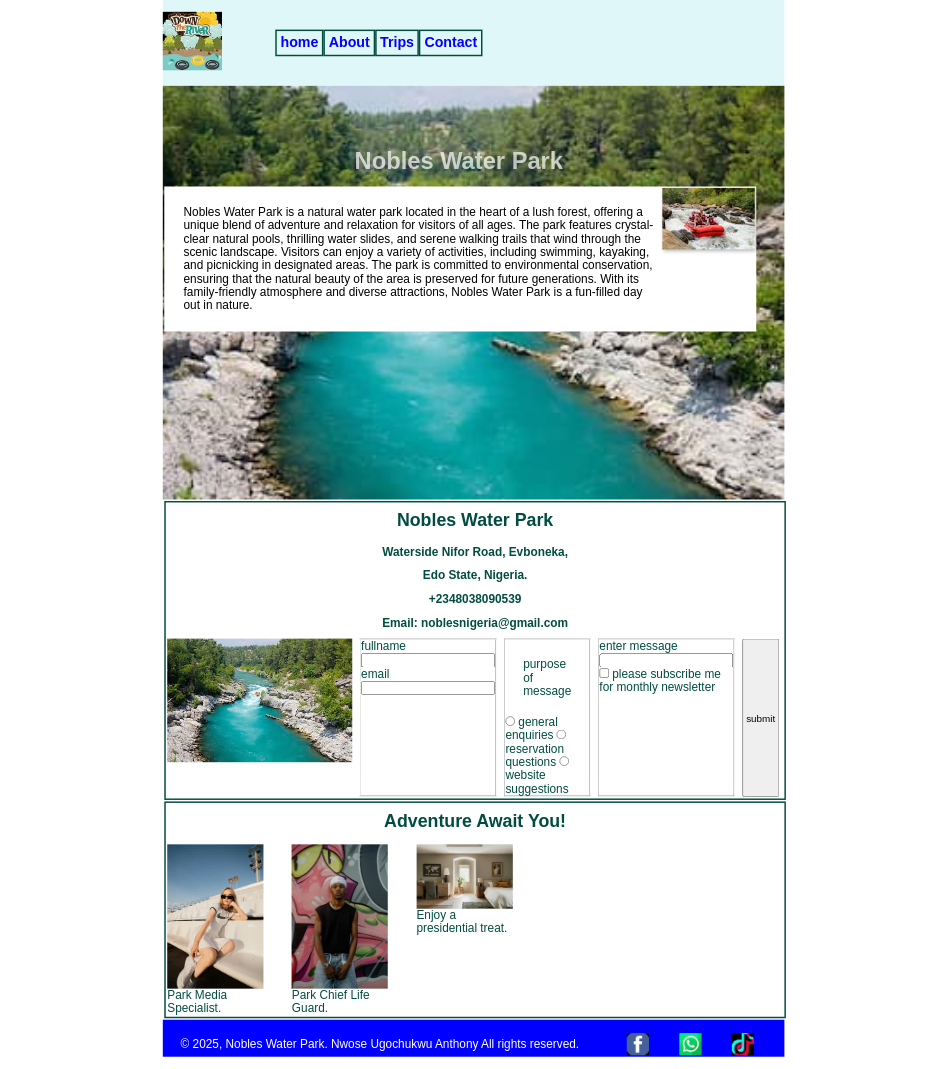
Repository: NoblesNigeria/wdd130
Page: wwr/contact.html
An editor plug-in stored every save of this project. The page is shown before and after the next save, followed by the edit.
The browser window is 1280 px wide. The pictures show the whole page, at 74% of full size.

Above is the page before, as saved 2025-09-24 16:58:24.

### wwr/contact.html
<!DOCTYPE html>
<html lang="en">

<head>
    <meta charset="UTF-8">
    <meta name="viewport" content="width=device-width, initial-scale=1.0">
    <title>Nobles Water Park</title>
    <meta name="description" content=" Nobles natural water park, a place for friends and family fun. ">
    <meta name="author" content="Nwose Ugochukwu Anthony">
    <link rel="stylesheet" href="styles/rafting.css">
</head>

<main>
    <header>
        <img src="images/mylogo.jpg" alt="Nobles Water Park Logo">
        <nav>
            <a href="#">home</a>
            <a href="#">About</a>
            <a href="#">Trips</a>
            <a href="#">Contact</a>
        </nav>
    </header>
    <div class="hero">
        <img src="images/myhero.jpg" alt="Nobles Water Park">
        <h1>Nobles Water Park</h1>
        <article>
            <img src="images/mycaption.jpg" alt="We are very happy to staffs here.">
            <p>Nobles Water Park is a natural water park located in the heart of a lush forest, offering a unique
                blend of adventure and relaxation for visitors of all ages. The park features crystal-clear natural
                pools, thrilling water slides, and serene walking trails that wind through the scenic landscape.
                Visitors can enjoy a variety of activities, including swimming, kayaking, and picnicking in
                designated areas. The park is committed to environmental conservation, ensuring that the natural
                beauty of the area is preserved for future generations. With its family-friendly atmosphere and
                diverse attractions, Nobles Water Park is a fun-filled day out in nature.
            </p>

        </article>
    </div>
    <aside>
        <h2>Nobles Water Park</h2>
        <h3>Waterside Nifor Road, Evboneka,</h3>
        <h3>Edo State, Nigeria.</h3>
        <h3>+2348038090539</h3>
        <h3>Email: noblesnigeria@gmail.com</h3>
        <img src="images/myhero.jpg" alt="Nobles Water Park">
        <fieldset container1>
            <label for="name">fullname</label>
            <input type="text" id="fullname" name="fullname">
            <label for="email">email</label>
            <input type="text" id="email" name="email">
        </fieldset>
        <fieldset container2>
            <p>purpose of message</p>
            <input type="radio" id="general enquiries" name="general enquiries">
            <label for="name">general enquiries</label>
            <input type="radio" id="reservation questions" name="reservation questions">
            <label for="name">reservation questions</label>
            <input type="radio" id="website suggestions" name="website suggestions">
            <label for="name">website suggestions</label>
        </fieldset>
        <fieldset container3>
            <label for="name">enter message</label>
            <input type="textarea" id="enter message" name="enter message">
            <input type="checkbox" id="please subscribe me for monthly newsletter"
                name="please subscribe me for monthly newsletter">
            <label for="name">please subscribe me for monthly newsletter</label>
        </fieldset>
        <button type="submit">submit</button>
    </aside>
    <section>
        <h2>Adventure Await You!</h2>

        <figure>
            <img src="images/aganufa-ashionye.jpg" alt="Nobles Water Park">
            <figcaption>Park Media Specialist.</figcaption>
        </figure>
        <figure>
            <img src="images/enudi-chukwuka.jpg" alt="Nobles Water Park">
            <figcaption>Park Chief Life Guard.</figcaption>
        </figure>
        <figure>
            <img src="images/nobles-park-lodge.jpg" alt="Nobles Water Park">
            <figcaption>Enjoy a presidential treat.</figcaption>
        </figure>
    </section>
</main>

<footer>
    <p>&copy; 2025, Nobles Water Park. Nwose Ugochukwu Anthony All rights reserved.</p>
    <a href="https://www.facebook.com">
        <img src="images/facebookicon.jpg" alt="Facebook">
    </a>
    <a href="https://www.whatsapp.com">
        <img src="images/whatsappicon.jpg" alt="whatsapp">
    </a>
    <a href="https://www.tiktok.com">
        <img src="images/tik-tokicon.jpg" alt="tiktok">
    </a>
</footer>
</body>

</html>

### wwr/styles/rafting.css
:root{
    --primary-color: #e0f7fa;
    --secondary-color: #004d40;
    --accent-color: #00796b;
    --font-family: 'Arial', sans-serif;
    --header-font-size: 2.5em;
    --body-font-size: 1em;
}
header{
    display: grid;
    background-color: var(--primary-color);
    grid-template-columns: repeat(5, 1fr);
    color: var(--secondary-color);
    padding: 1em 0;
    font-family: var(--font-family);
}
*{
    box-sizing: border-box;
    margin: 0;
    padding: 0;
}
header nav {
    background-color: none;
    display:flex;
    justify-content: center;
    align-items: center;
}
header nav a {
    color: blue;
    display: block;
    text-decoration: none;
    font-weight: bold;
    font-size: 1.2rem;
    padding: 5px;
    align-items: center;
    justify-content: center;
    border: 2px solid var(--secondary-color);
}

header img{
    width: 80px;
    height: auto;
    display: block;
}
body{
    font-family: var(--font-family);
    color: var(--secondary-color);
}
header, main, footer{
    margin: 0 auto;
    width: 840px;
}
h1, h2{
    font-family: var(--font-family);
    color: var(--secondary-color);
}
nav, p, section,article {
    margin: 16px;
    padding: 8px;
}
section, aside{
    display:grid;
    grid-template-columns: repeat(5, 1fr);
    gap: 10px;
    width:840px;
    height: auto;
    margin: 2px;
    padding: 2px;
    border: 2px solid var(--secondary-color);
}
section h2{
    display: flex;
    flex-direction: column;
    align-items: center;
    justify-content: 3/4;
    padding: 8px;
    position: block;
    grid-column: 1/6;
}
aside h2{
    display: flex;
    flex-direction: column;
    align-items: center;
    justify-content: 3/4;
    padding: 8px;
    position: block;
    grid-column: 1/6;
    grid-row:1;
}
aside h3{
    display: flex;
    flex-direction: column;
    align-items: center;
    justify-content: 3/4;
    padding: 2px;
    position: block;
    grid-column: 1/6;
    font-size: medium;
}
fieldset container1{
    display: flex;
    flex-direction:column;
    grid-column:4/6;
    width:300px;
    padding: 5x;
}

input[type="radio"]{
    vertical-align: right;
    flex-direction: row;
}
label{
    flex-direction:row;
    text-align: left;
}
button{
    width:50px;
    justify-content: 6;
}
aside img{
    width: 250px;
    display: flex;
    grid-column: 1/2;
}

figure img,figcaption{
    width: 130px;
    display: flex;
    flex-direction: column;
    justify-content: center;
    align-items: center;
    grid-column: 1/2, 3/4, 5/6;
}

.div{
    position: relative;
}
div img{
    width: 100%;
    height: auto;
    display: block;
}
h1{
    position: absolute;
    top: 200px;
    width: 800px;
    color: white;
    padding: 0;
    text-align: center;
    opacity: 0.7;
}
article{
    position: absolute;
    top: 250px;
    width: 800px;
    border: 2px;
    padding: 2px;
    margin:2px;
    color: black;
    background-color: white;
}
.hero article img{
    float: right;
    width: 125px;
    box-shadow: 2px 2px 5px rgba(0,0,0,0.3);
}
footer{
    display: grid;
    grid-template-rows: repeat(5, auto);
    background-color:blue;
    color: white;
    height: 50px;
}
p, footer a{
    display: flex;
    flex-direction: row;
    justify-content: 1/5;
    align-items: center;
    position: relative;
    grid-row: 1/5;
    font-size: var(--body-font-size);
}
footer a img{
    width: 30px;
    height: 30px;
}

After the next save:
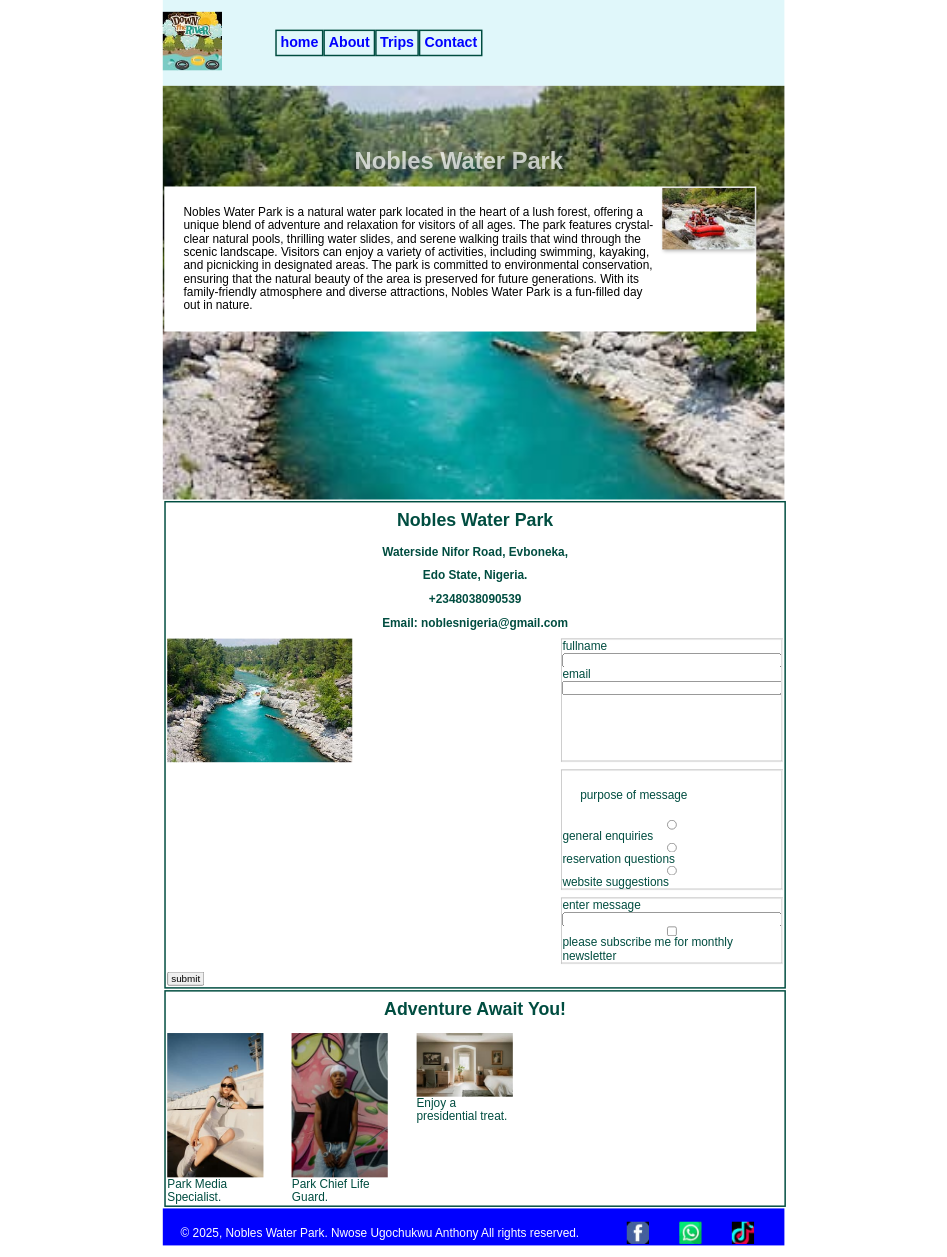
Saved 55 s later.
--- a/wwr/styles/rafting.css
+++ b/wwr/styles/rafting.css
@@ -97,7 +97,7 @@ aside h3{
     grid-column: 1/6;
     font-size: medium;
 }
-fieldset container1{
+fieldset{
     display: flex;
     flex-direction:column;
     grid-column:4/6;
